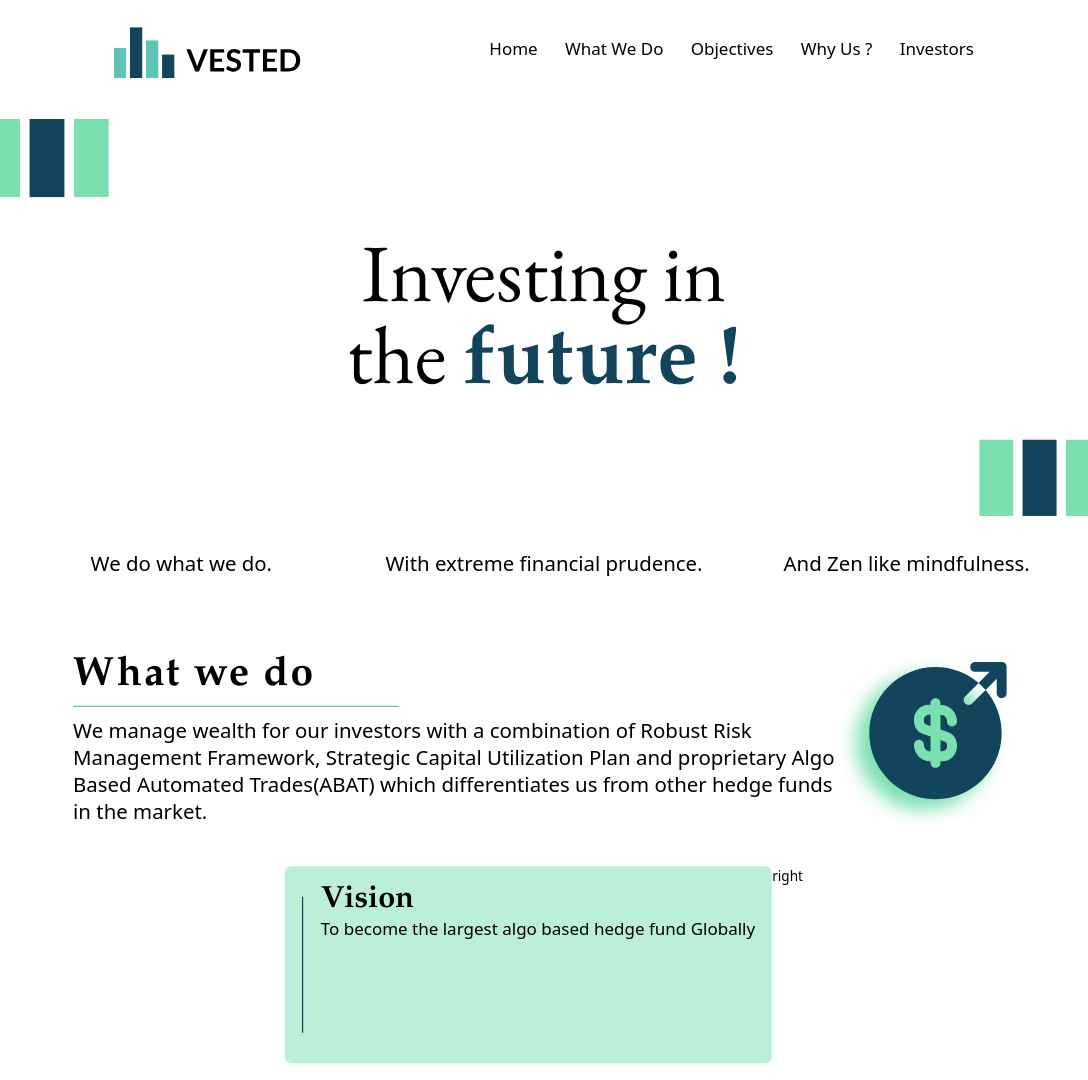
Repository: husainmamuwala/TippingPointsFinancial
Page: /
These files come from the project's save history. The page is drawn as it stood at one moment and after a run of saves; the edit follows.
The browser window is 1280 px wide. The pictures show the whole page, at 85% of full size.
The project was rebuilt for these pictures with package versions that can differ from the ones it lists, and the page was loaded fresh each time. The framework's server and built-in components were replaced by stand-ins that run in the browser. Also part of the build but not shown: next.config.js.

Above is the page before, as saved 2022-10-15 19:01:43.

After the next 3 saves:
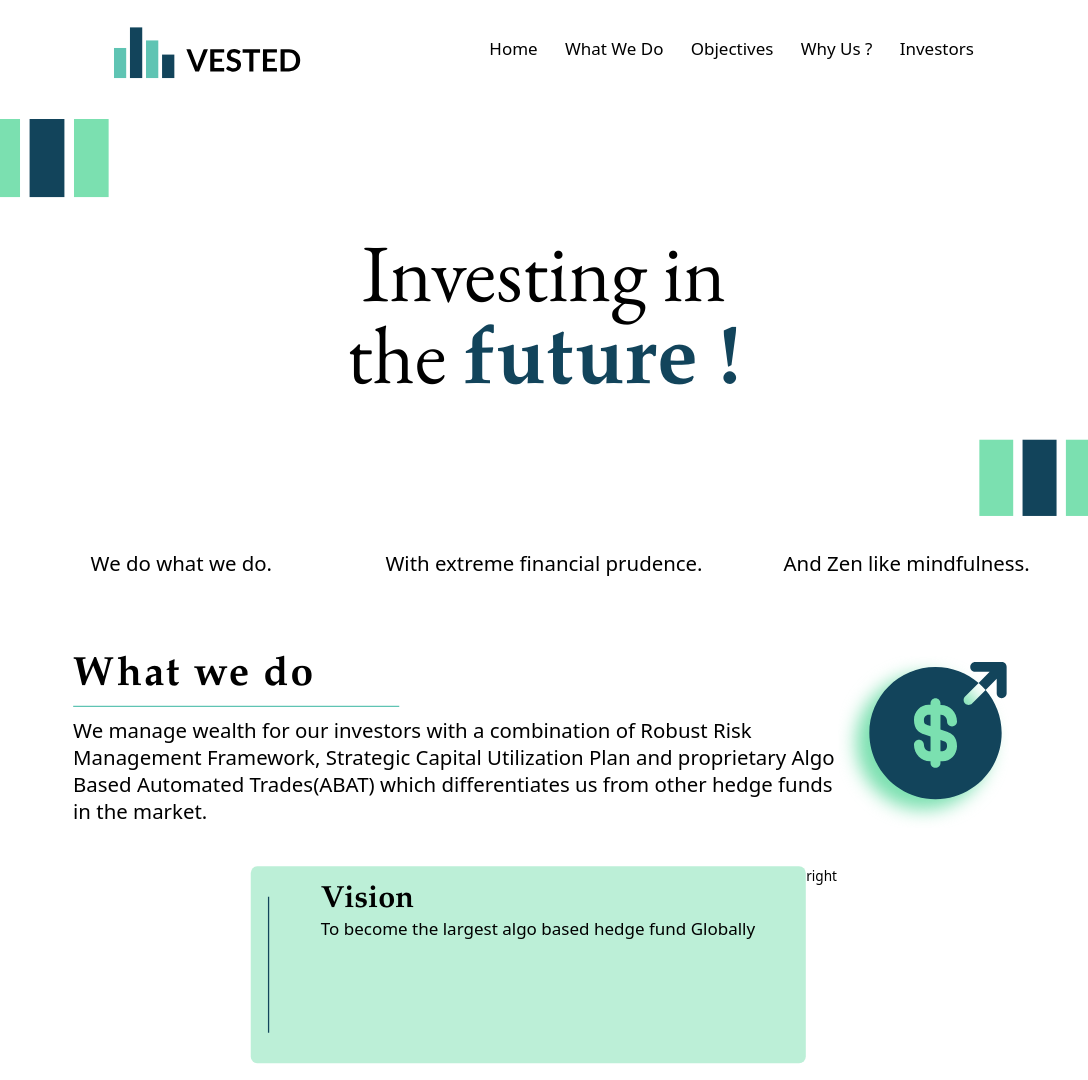
The 3 saves are shown as one change because they came seconds apart.
The last was saved 32 s later.
--- a/components/Objectives.jsx
+++ b/components/Objectives.jsx
@@ -14,7 +14,7 @@
               </div>
               {
                 Data.map((data)=>(
-              <div>
+              <div className='px-10'>
                 <h1 className='text-3xl lg:text-4xl font-semibold font-garamond'>{data.title}</h1>
                 <p className='font-montserrat text-xl'>{data.desc}</p>
               </div>
